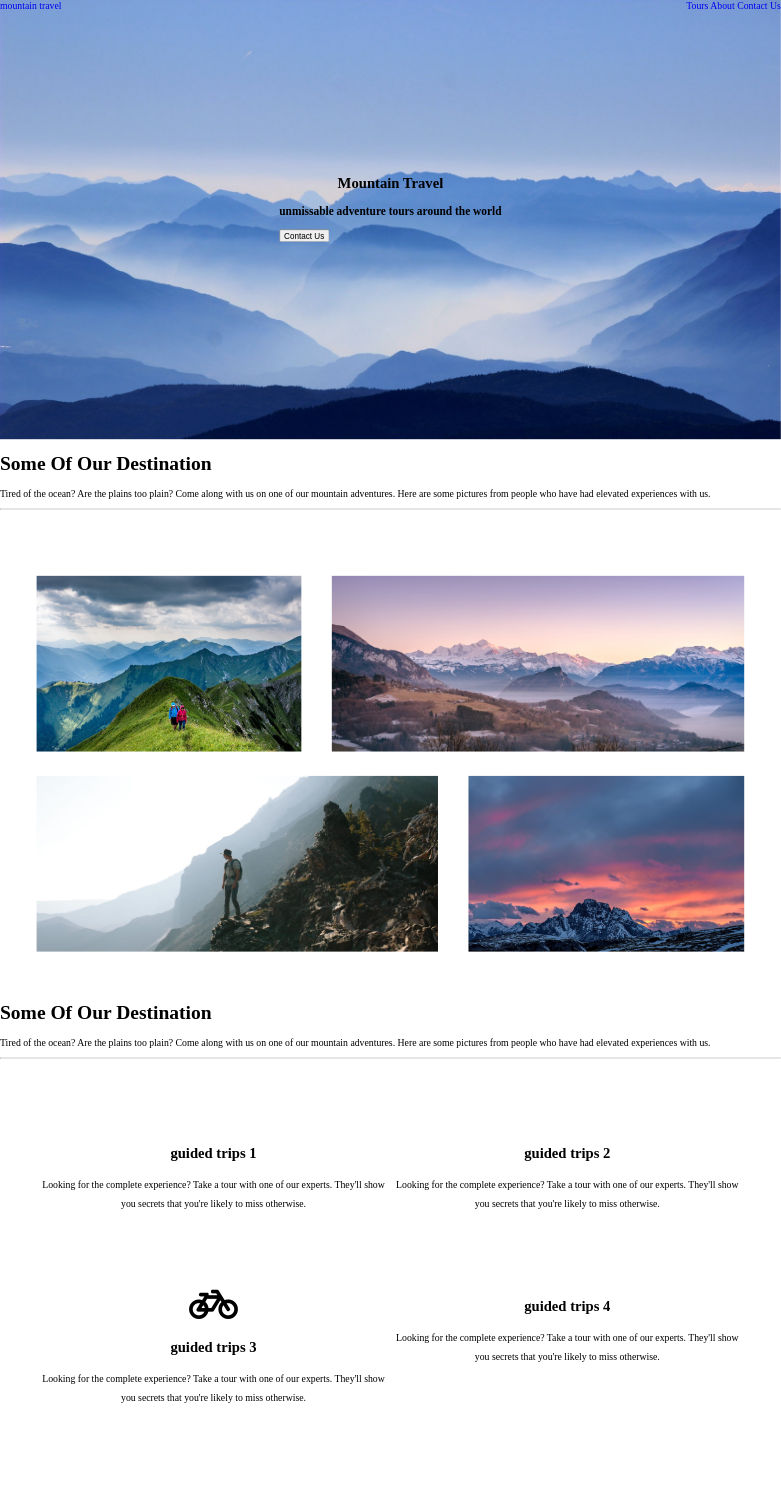
Repository: Einsteiniumeinsteinian/Advanced-CSS
Page: css-project-starter-code/index.html
An editor plug-in stored every save of this project. The page is shown before and after a run of saves, followed by the edit.
The browser window is 1280 px wide. The pictures show the whole page, at 61% of full size.
Some web libraries are served in a nearby version.

Above is the page before, as saved 2021-08-15 19:39:25.

After the next 2 saves:
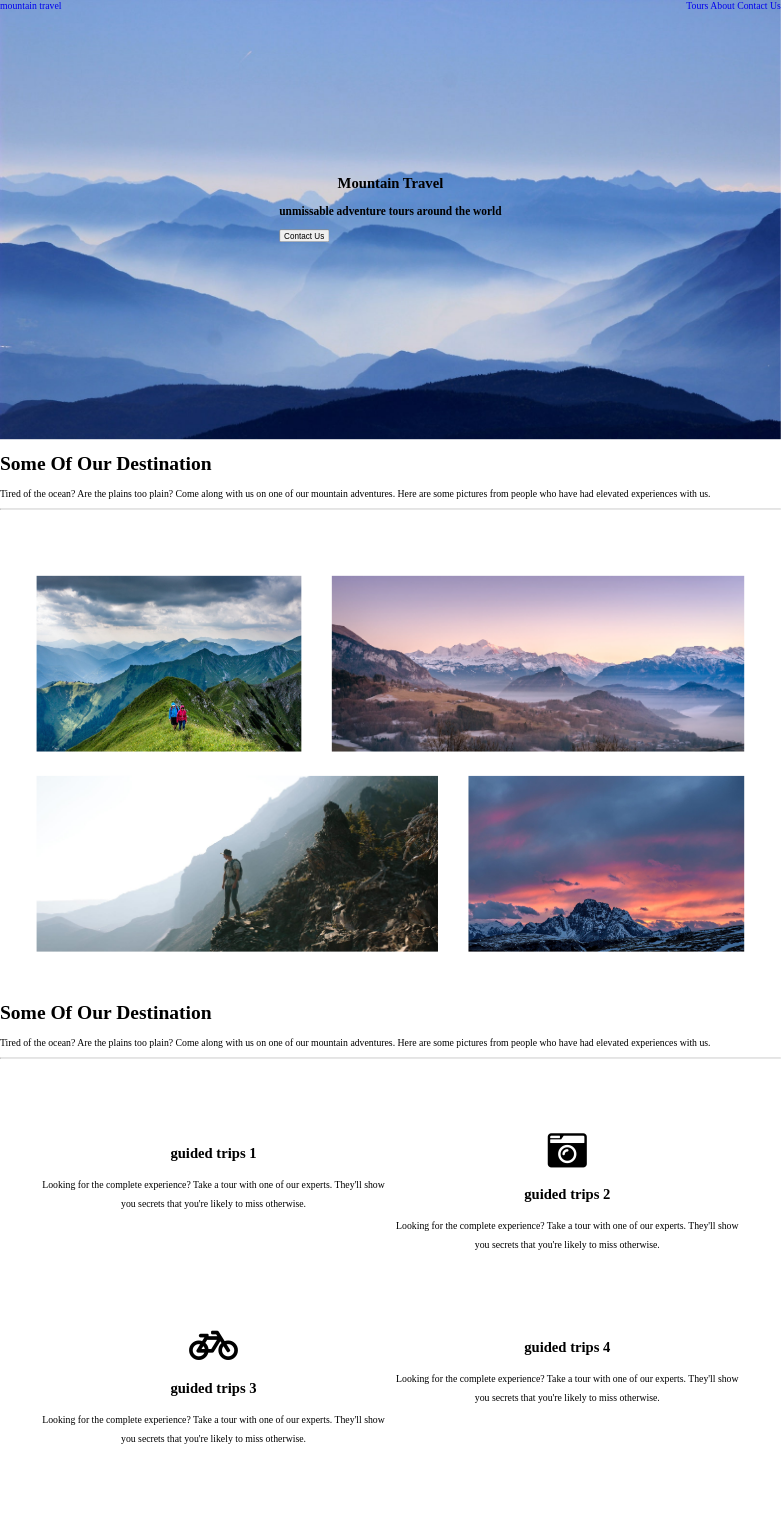
The 2 saves are shown as one change because they came seconds apart.
The last was saved 8 s later.
--- a/css-project-starter-code/index.html
+++ b/css-project-starter-code/index.html
@@ -73,6 +73,7 @@
         miss otherwise.</p>
       </div>
         <div class="package">
+          <i class="fas fa-camera-retro"></i>
           <h1>
             guided trips 2
           </h1>
